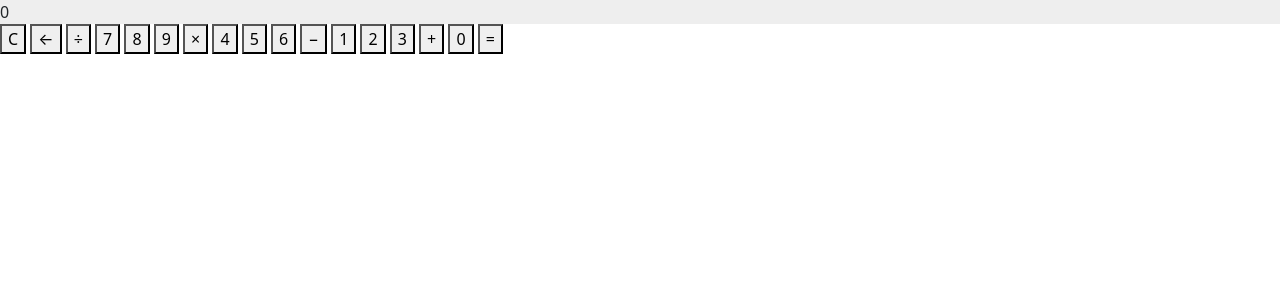
Repository: jgramirez0210/LAB-calculator
Page: index.html
These files come from the project's save history. The page is drawn as it stood at one moment and after a run of saves; the edit follows.
The browser window is 1280 px wide. The pictures show the whole page.

Above is the page before, as saved 2023-10-10 20:32:51.

After the next 4 saves:
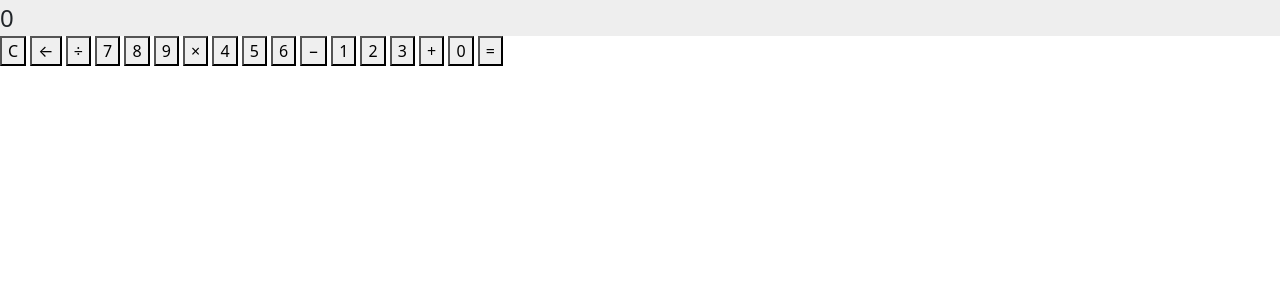
The 4 saves are shown as one change because they came seconds apart.
The last was saved 12 s later.
--- a/main.css
+++ b/main.css
@@ -15,4 +15,5 @@
 .display {
   grid-column: span 4;
   background-color: #eee;
+  font-size: 1.5em;
 }
